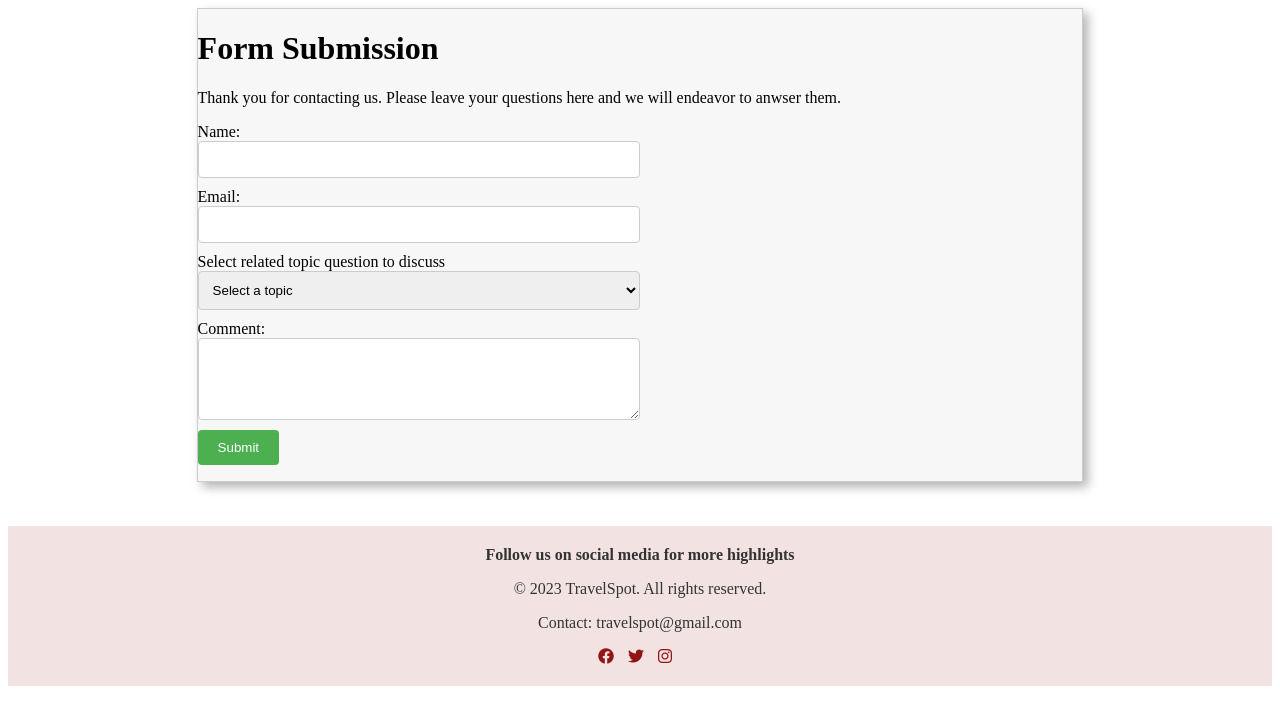
Repository: vRia4/INST728J-Victoria-Nathaniel
Page: Project/info.html
The author's editor kept a copy of each file at every save. The page is drawn from the files as they stood at one save, then again after the next save.
The browser window is 1280 px wide. The pictures show the whole page.

Above is the page before, as saved 2023-08-11 15:59:14.

### Project/info.html
<html>
	<head>
		<title>Contact Us</title>
		<link rel="stylesheet" href="https://cdnjs.cloudflare.com/ajax/libs/font-awesome/6.0.0-beta3/css/all.min.css">
    	<script type = "text/javascript">

			function validate() {

				if( document.myForm.flName.value == "" ) {
					alert( "Please provide your first name!" );
					document.myForm.flName.focus() ;
					return false;
				}
				if( document.myForm.Email.value == "" ) {
					alert( "Please provide your Email!" );
					document.myForm.Email.focus() ;
					return false;
				}
				if( document.myForm.topic.value == "-1" ) {
					alert( "Please provide your country!" );
					return false;
				}
				return( true );
                if( document.myForm.comment.value == "" ) {
					alert( "Please provide your comment!" );
					document.myForm.comment.focus() ;
					return false;
				}
			}
		</script>
		<style>
			/* html{
				background-image: url(image/sub.png);
				background-size: cover;
				background-repeat: no-repeat;
				height: 100vh;
			} */
			/* h1, .text1, th, td, table {
				margin-top: 20px;
				padding : 10px;
				margin-left: 15%;
			} */

			h2{
				font-family: "Helvetica Neue",Helvetica,Arial;
				font-size: 14px;
			}

			/* footer {
					background-color: #f3e2e2;
					padding: 20px;
					text-align: center;
					color: #333;
					font-size: 14px;
					margin-top: 20.5%;
					width: 100%;
					margin-right: 20%;
					padding-right: 0px;
				}

			/*footer .icons {
				margin-top: 0%;
			} */

            footer{
                background-color: #f3e2e2;
                max-width: 100%;
                padding-left: 1%;
            }

			footer .icons a {
				color: #921515;
				margin-right: 10px;
			}

            /* .wrapper{
            width: 70%;
            margin: 0 auto;
            padding: 20px;
            border: 1px solid #ccc;
            background-color: #f7f7f7;
            box-shadow: 5px 5px 10px rgba(0, 0, 0, 0.3);
            } */
            .form-container {
            width: 70%;
            margin: 0 auto;
            text-align:
            padding: 20px;
            border: 1px solid #ccc;
            background-color: #f7f7f7;
            box-shadow: 5px 5px 10px rgba(0, 0, 0, 0.3);
        }

        /* Styles for input fields */
        .form-input {
            width: 50%;
            padding: 10px;
            margin-bottom: 10px;
            border: 1px solid #ccc;
            border-radius: 4px;
        }

        /* Style the submit button */
        .form-submit {
            background-color: #4CAF50;
            color: white;
            padding: 10px 20px;
            border: none;
            border-radius: 4px;
            cursor: pointer;
        }

        /* Style the submit button on hover */
        .form-submit:hover {
            background-color: #45a049;
        }
		</style>
   </head>

   <body >
    <div class="wrapper">
		<div class="form-container">
            <h1>Form Submission</h1>
            <p class="text1">Thank you for contacting us. Please leave your questions here and we will endeavor to anwser them.</p>

            <form action = "welcome.html" name = "myForm" onsubmit = "return(validate());">
                <label for="name">Name:</label><br>
                <input type="text" id="name" name="flName" class="form-input" required><br>

                <label for="email">Email:</label><br>
                <input type="email" id="email" name="Email" class="form-input" required><br>

                <label for="message">Select related topic question to discuss</label><br>
                <select name = "topic" class="form-input">
                    <option value = "-1" selected>Select a topic</option>
                    <option value = "1">Australia</option>
                    <option value = "2">Canada</option>
                    <option value = "3">France</option>
                    <option value = "4">Germany</option>
                    <option value = "5">Georgia</option>
                    <option value = "6">Mexico</option>
                    <option value = "7">Spain</option>
                    <option value = "8">UK</option>
                    <option value = "9">USA</option>
                </select><br>

                <label for="message">Comment:</label><br>
                <textarea id="message" name="comment" class="form-input" rows="4" required></textarea><br>

                <input type="submit" value="Submit" class="form-submit">
            </form>
        </div>
    </div>
		<footer align="center" style="margin-top: 3.5%; padding: 20px; color: #333;">
			<div><strong>Follow us on social media for more highlights</strong></div>
			<p>&copy; 2023 TravelSpot. All rights reserved.</p>
			<p>Contact: travelspot@gmail.com</p>

			<div class="icons">
				<a href="https://www.facebook.com" title="Facebook"><i class="fab fa-facebook"></i></a>
				<a href="https://www.twitter.com" title="Twitter"><i class="fab fa-twitter"></i></a>
				<a href="https://www.instagram.com" title="Instagram"><i class="fab fa-instagram"></i></a>
			</div>
		</footer>
   	</body>
</html>

After the next save:
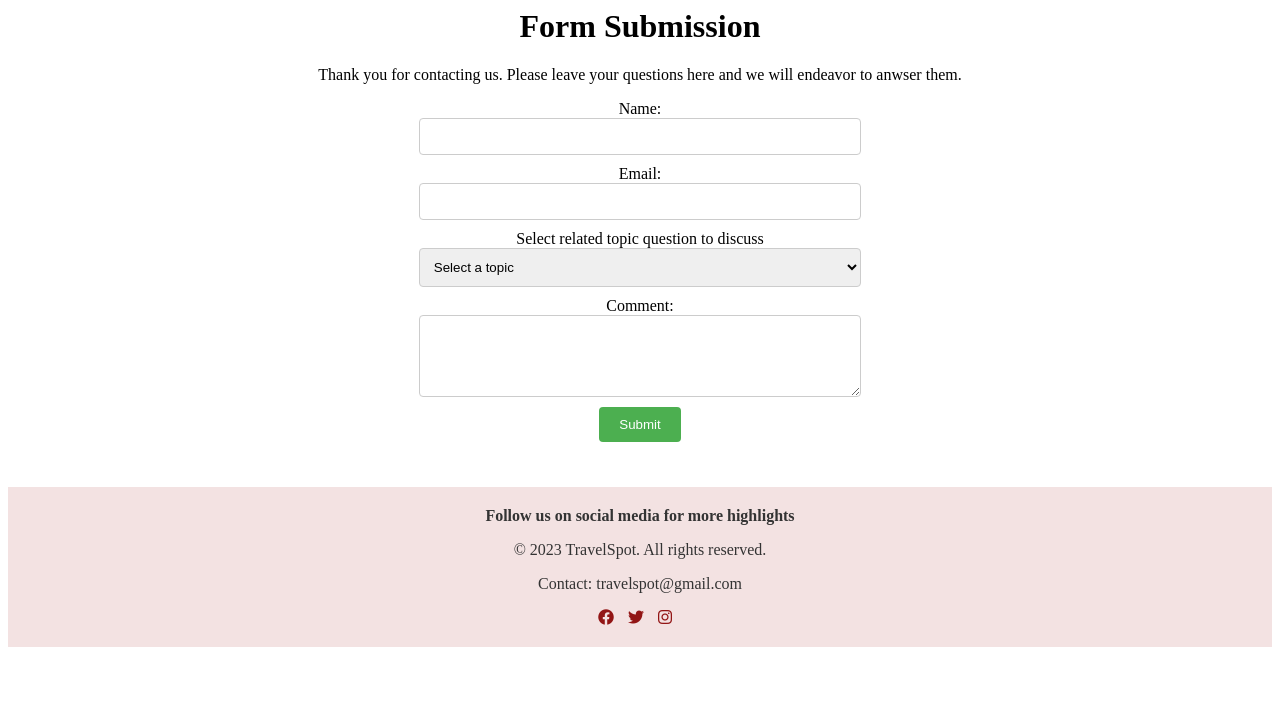
Saved 6 s later.
--- a/Project/info.html
+++ b/Project/info.html
@@ -84,7 +84,7 @@
             .form-container {
             width: 70%;
             margin: 0 auto;
-            text-align:
+            text-align: center; /*
             padding: 20px;
             border: 1px solid #ccc;
             background-color: #f7f7f7;

After the 2 saves that followed:
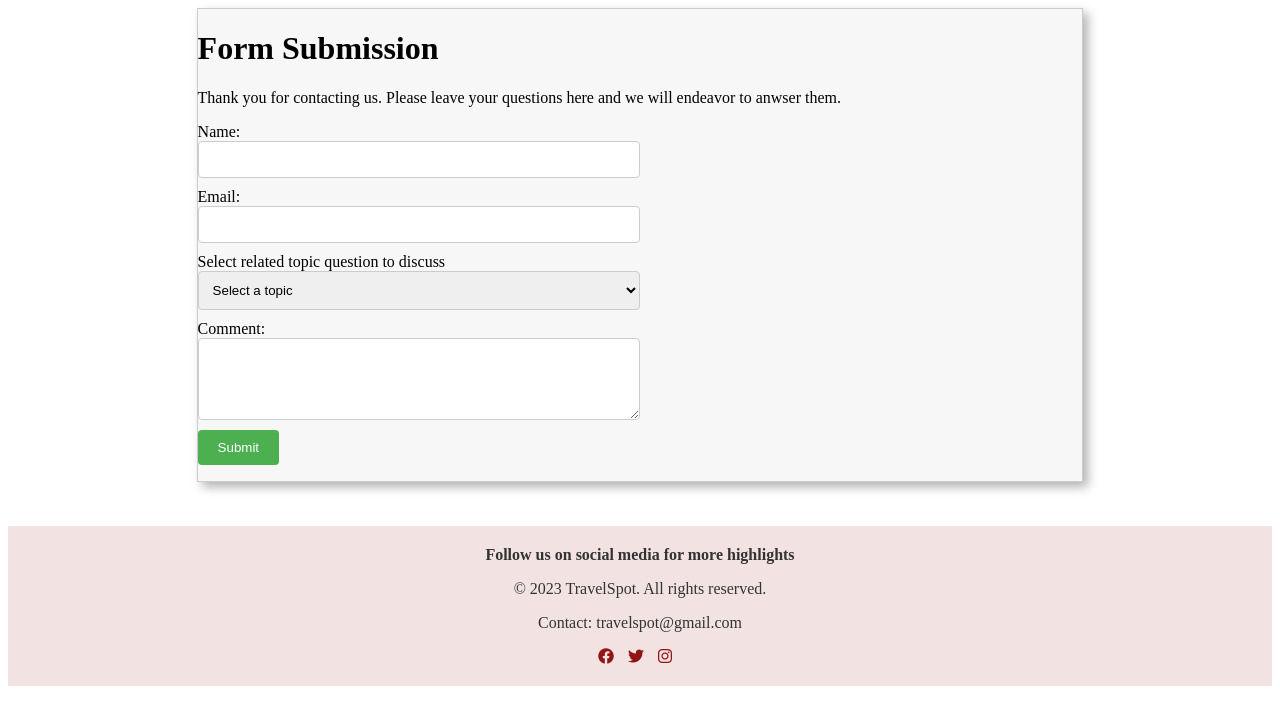
The 2 saves are shown as one change because they came seconds apart.
The last was saved 6 s later.
--- a/Project/info.html
+++ b/Project/info.html
@@ -84,7 +84,7 @@
             .form-container {
             width: 70%;
             margin: 0 auto;
-            text-align: center; /*
+            text-align: ce
             padding: 20px;
             border: 1px solid #ccc;
             background-color: #f7f7f7;
